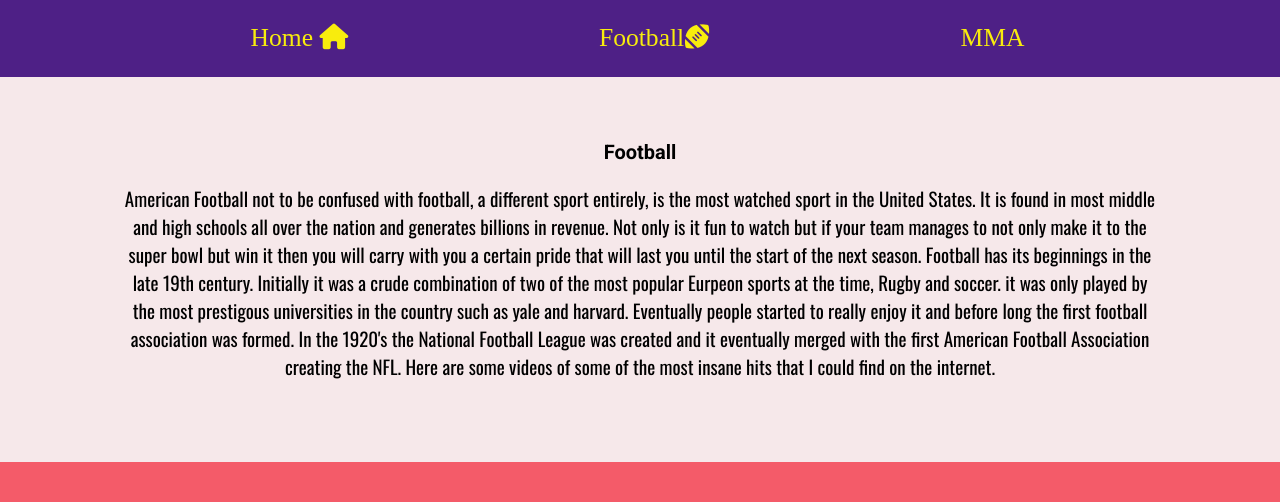
Repository: nak97/personal-site
Page: football.html
An editor plug-in stored every save of this project. The page is shown before and after the next save, followed by the edit.
The browser window is 1280 px wide. The pictures show the part of the page from y = 0 to 502 px (the page is 1953 px tall before and 1971 px after).
Pictures or frames that could not be fetched are drawn as grey boxes. Some icons come from a web library that is not loaded, so they are not drawn. Some web libraries are served in a nearby version.

Above is the page before, as saved 2023-03-19 09:52:37.

After the next save:
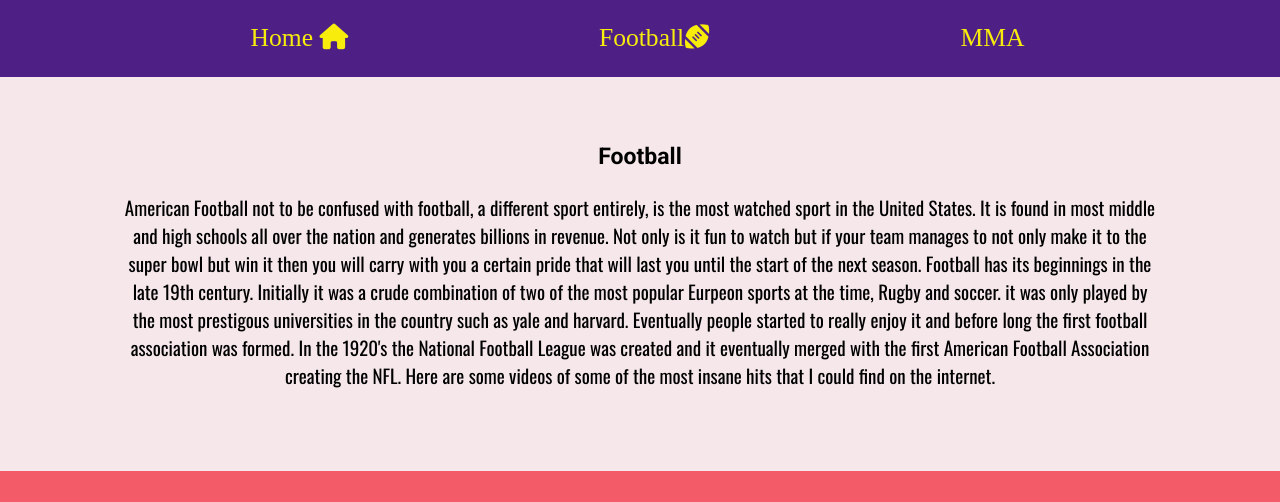
Saved 40 s later.
--- a/personal-site.css
+++ b/personal-site.css
@@ -7,7 +7,7 @@ body{
 
  h3 {
   font-family: 'Roboto', sans-serif;
-  font-size: 20px;
+  font-size: 23px;
 }
 
 p {
